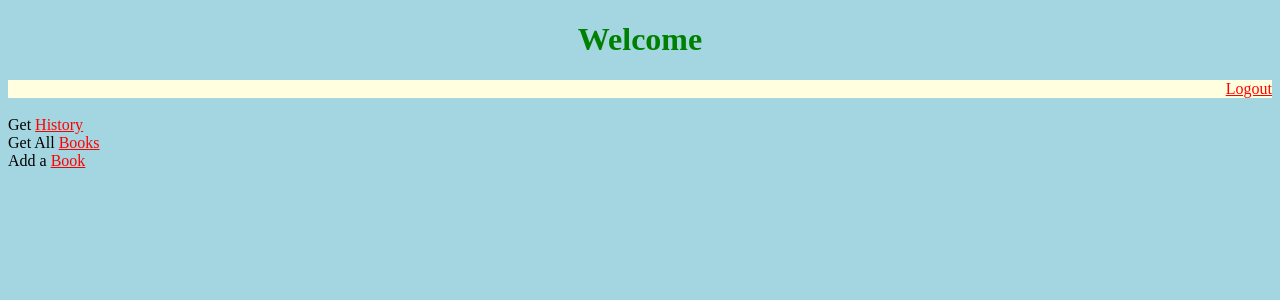
Repository: prashantvadlamani/Library-Management-System
Page: http://localhost/project/librarian.jsp
These files come from the project's save history. The page is drawn as it stood at one moment and after the next save; the edit follows.
The browser window is 1280 px wide. The pictures show the whole page.
The page is served by Tomcat 9.

Above is the page before, as saved 2018-08-23 05:47:20.

After the next save:
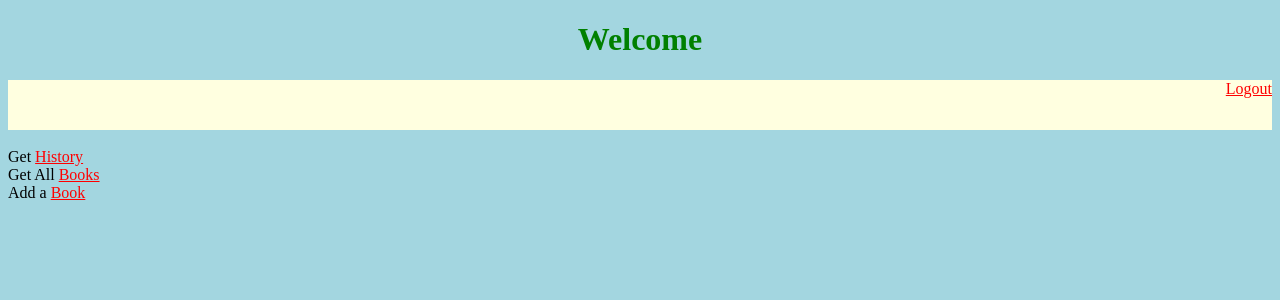
Saved 45 s later.
--- a/project/WebContent/librarian.jsp
+++ b/project/WebContent/librarian.jsp
@@ -26,7 +26,7 @@
 	<header>
 	   <h1>Welcome</h1>
   </header>
-	<div style="text-align:right;background-color: lightyellow;"><a href="logout" >Logout</a></div>
+	<div style="text-align:right;background-color: lightyellow;height: 50px;"><a href="logout" >Logout</a></div>
 	<br>
 	Get <a href="libhistory">History</a>
 	<br>
